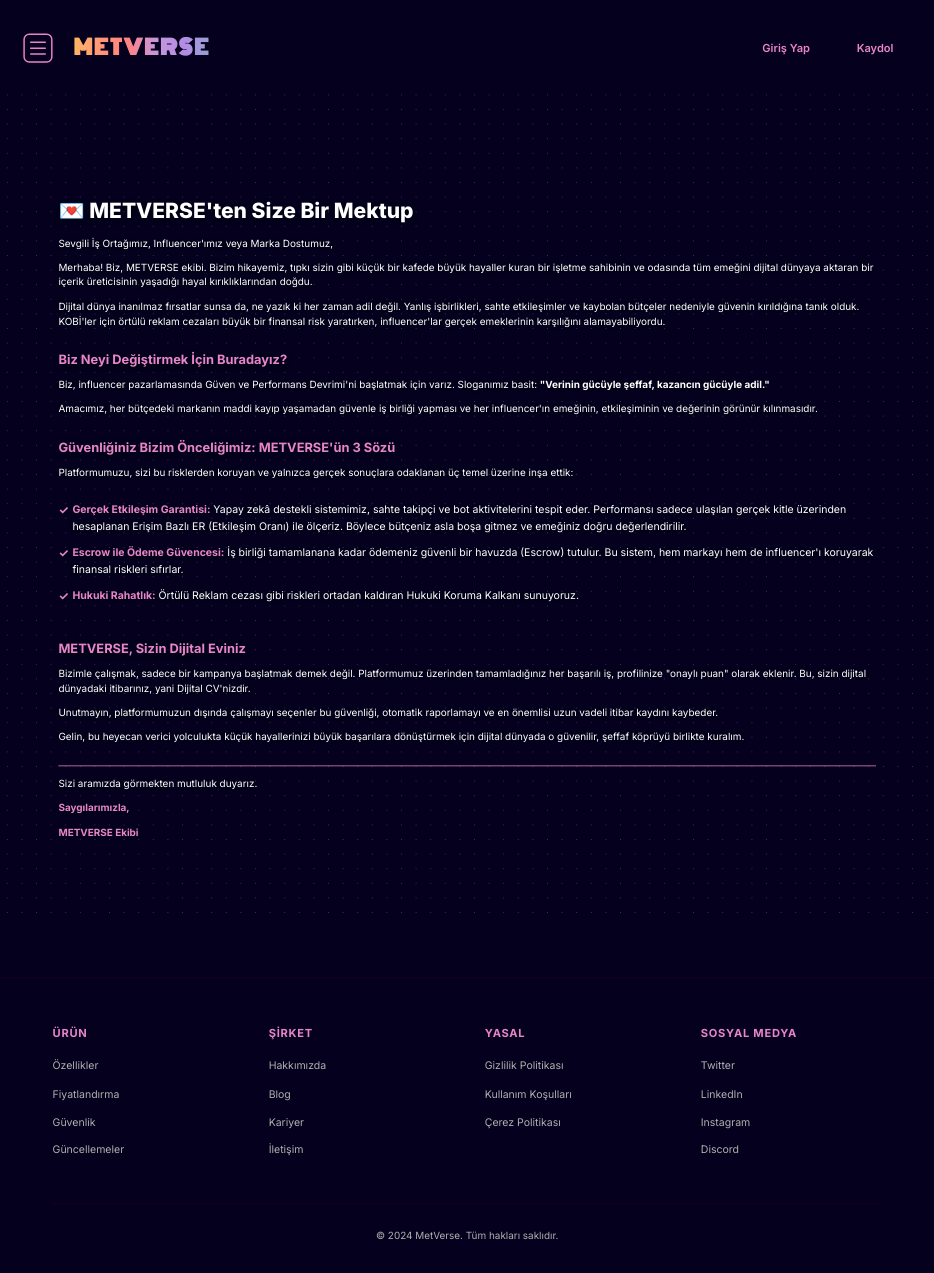
Repository: Irmaksuvari/metverse-github
Page: MetVerse Site/Hakkimizda.html
These files come from the project's save history. The page is drawn as it stood at one moment and after the next save; the edit follows.
The browser window is 1280 px wide. The pictures show the whole page, at 73% of full size.
Some web fonts or font styles are not loaded; a fallback is used.

Above is the page before, as saved 2025-12-21 00:26:16.

After the next save:
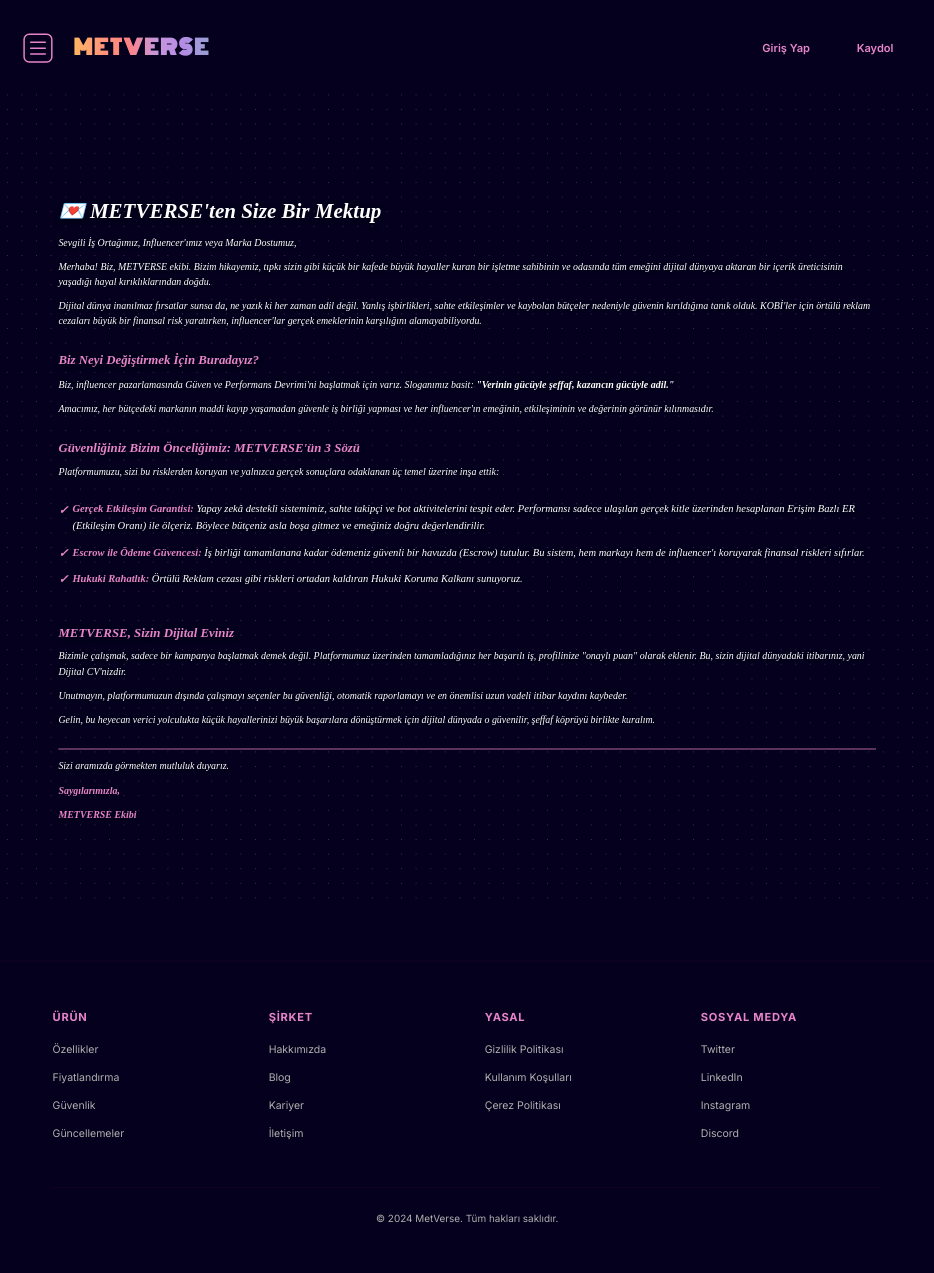
Saved 10 s later.
--- a/MetVerse Site/Hakkimizda.html
+++ b/MetVerse Site/Hakkimizda.html
@@ -43,6 +43,8 @@
             text-align: left;
             line-height: 1.2;
             text-shadow: 0 2px 8px rgba(0, 0, 0, 0.5);
+            font-family: 'Genos', cursive;
+            font-style: italic;
         }
 
         .about-container h2 {
@@ -53,6 +55,8 @@
             margin-bottom: 0.6rem;
             text-align: left;
             text-shadow: 0 2px 8px rgba(0, 0, 0, 0.5);
+            font-family: 'Genos', cursive;
+            font-style: italic;
         }
 
         .about-container p {
@@ -62,6 +66,8 @@
             margin-bottom: 0.8rem;
             text-align: left;
             text-shadow: 0 1px 3px rgba(0, 0, 0, 0.5);
+            font-family: 'Genos', cursive;
+            font-style: italic;
         }
 
         .about-container ul {
@@ -83,6 +89,8 @@
             text-align: left;
             max-width: 100%;
             text-shadow: 0 1px 3px rgba(0, 0, 0, 0.5);
+            font-family: 'Genos', cursive;
+            font-style: italic;
         }
 
         .about-container li:before {
@@ -109,6 +117,8 @@
             color: #ffffff;
             line-height: 1.5;
             text-shadow: 0 1px 3px rgba(0, 0, 0, 0.5);
+            font-family: 'Genos', cursive;
+            font-style: italic;
         }
 
         .about-footer-text strong {
